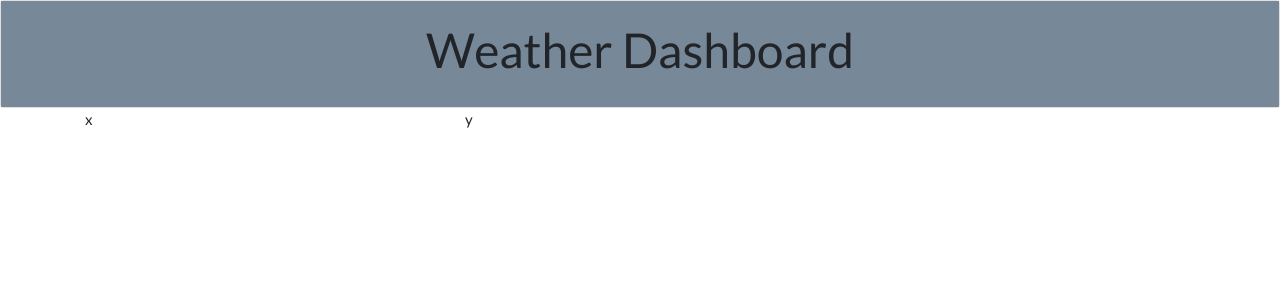
Repository: himaja830/Weather-Dashboard
Page: index.html
These files come from the project's save history. The page is drawn as it stood at one moment and after the next save; the edit follows.
The browser window is 1280 px wide. The pictures show the whole page.
Some web libraries are served in a nearby version.

Above is the page before, as saved 2020-06-26 12:42:40.

### index.html
<!DOCTYPE html>
<html lang="en">

<head>
    <meta charset="UTF-8">
    <meta name="viewport" content="width=device-width, initial-scale=1.0">
    <title>Weathe Dashboard</title>
    <link rel="stylesheet" href="https://stackpath.bootstrapcdn.com/bootstrap/4.3.1/css/bootstrap.min.css" />
    <link href="https://stackpath.bootstrapcdn.com/bootswatch/4.5.0/flatly/bootstrap.min.css" rel="stylesheet"
        integrity="sha384-mhpbKVUOPCSocLzx2ElRISIORFRwr1ZbO9bAlowgM5kO7hnpRBe+brVj8NNPUiFs" crossorigin="anonymous">
    <link rel="stylesheet" href="https://use.fontawesome.com/releases/v5.8.1/css/all.css"
        integrity="sha384-50oBUHEmvpQ+1lW4y57PTFmhCaXp0ML5d60M1M7uH2+nqUivzIebhndOJK28anvf" crossorigin="anonymous" />
    <link rel="stylesheet" href="assets/style.css">
</head>

<div class="card">
    <div class="card-body">
        <h1>Weather Dashboard</h1>
    </div>
</div>
<div class="container">
    <div class="row">
      <div class="col-sm-4">x</div>
      <div class="col-sm-8">y</div>
    </div>
</div>


</body>

</html>

### assets/style.css
.card-body {
    background-color: lightslategray;
    text-align: center;
}

After the next save:
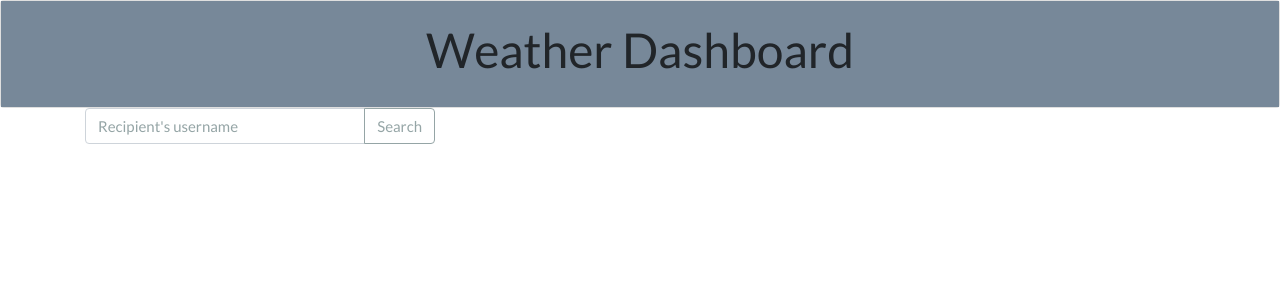
Saved 113 s later.
--- a/index.html
+++ b/index.html
@@ -20,8 +20,17 @@
 </div>
 <div class="container">
     <div class="row">
-      <div class="col-sm-4">x</div>
-      <div class="col-sm-8">y</div>
+      <div class="col-sm-4">
+        <div class="input-group mb-3">
+            <input type="text" class="form-control" placeholder="Recipient's username" aria-label="" aria-describedby="button-addon2">
+            <div class="input-group-append">
+              <button class="btn btn-outline-secondary" type="button" id="button-addon2">Search</button>
+            </div>
+          </div>
+      </div>
+      <div class="col-sm-8">
+
+      </div>
     </div>
 </div>
 
